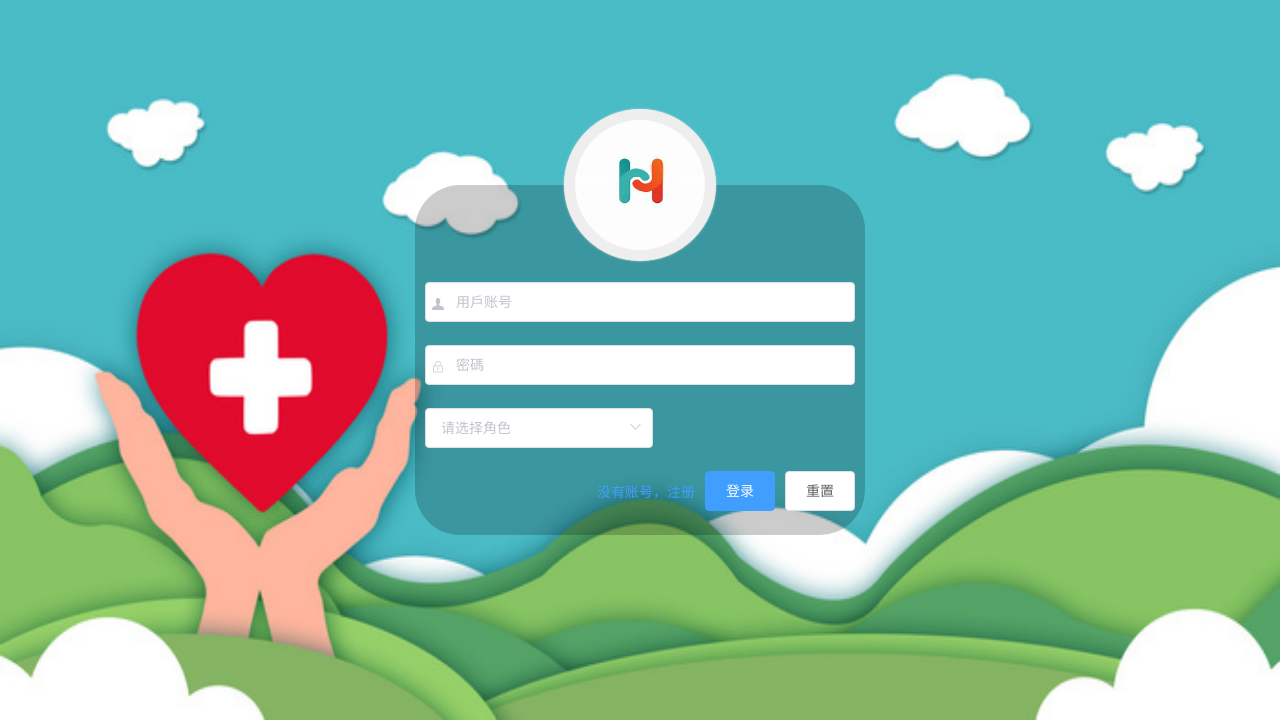
Repository: hyyBubbly/community-web-vue
Page: / (app in community/)
The author's editor kept a copy of each file at every save. The page is drawn from the files as they stood at one save, then again after the next save.
The browser window is 1280 px wide. The pictures show the whole page.
The page's requests for data from a server got no answer. The project was rebuilt for these pictures with package versions that can differ from the ones it lists, and the page was loaded fresh each time. No one was signed in, and anything a server would have sent is missing. Also part of the build but not shown: community/vue.config.js, community/src/components/Home.vue, community/src/components/Welcome.vue, community/src/components/User/UserList.vue, community/src/components/admin/WorkerList.vue, community/src/components/community/CommunityList.vue, community/src/components/healthfiles/HealthyData.vue, community/src/components/healthfiles/Healthiness.vue and 14 more.

Above is the page before, as saved 2024-01-28 13:36:16.

### community/src/main.js
import Vue from 'vue'
import App from './App.vue'
import router from './router'
import './plugins/element.js'
import './assets/css/global.css'
import md5 from 'md5.js'
//引入iconfont
import './assets/font/iconfont.css'
// 导入axios
import axios from 'axios'
import moment from "moment"
import echarts from 'echarts'
Vue.prototype.$echarts = echarts
//时间转化
Vue.prototype.$moment = moment;
// 挂载axios 到Vue的原型prototype的$http
Vue.prototype.$http = axios
// 设置请求的根路径
axios.defaults.baseURL = "http://localhost:9001"
Vue.config.productionTip = false
//md5加密
Vue.prototype.$md5 = md5;



new Vue({
  router,
  render: h => h(App)
}).$mount('#app')

### community/src/App.vue
<template>
  <div id="app">
    <router-view></router-view>
  </div>
</template>
<script>
  // export default {
  //   name: 'App',
  //   provide(){
  //     return {
  //       reload: this.reload
  //     }
  //   },
  //   data(){
  //     return {
  //       isRouterAlive: true
  //     }
  //   },
  //   methods:{
  //     reload() {
  //       this.isRouterAlive = false;
  //       this.$nextTick(function (){
  //         this.isRouterAlive = true
  //       })
  //     }
  //   }
  // }
</script>
<style>

</style>

### community/src/router/index.js
import Vue from 'vue'
import VueRouter from 'vue-router'
import Login from '../components/Login.vue'
import Home from '../components/Home.vue'
import Welcome from "../components/Welcome.vue"
import UserList from "../components/User/UserList.vue"
import WorkerList from "@/components/admin/WorkerList"
import CommunityList from "@/components/community/CommunityList"
import HealthyData from "@/components/healthfiles/HealthyData"
import Healthiness from "@/components/healthfiles/Healthiness";
import OlderInfoList from "@/components/User/OlderInfoList";
import HealthyInfo from "@/components/healthfiles/HealthyInfo";
import Knowledge from "../components/knowledge/Knowledge.vue";
import ActiveList from "@/components/active/ActiveList";
import medical from "@/components/mutualAid/medical";
import Purchasing from "@/components/mutualAid/Purchasing";
import repast from "@/components/mutualAid/repast";
import Pharmacy from "@/components/mutualAid/Pharmacy/Pharmacy";
import PharmacyInfo from "@/components/mutualAid/Pharmacy/PharmacyInfo";
import Appointment from "@/components/mutualAid/Pharmacy/Appointment";
import ShoppingMall from "@/components/mutualAid/shoppingMall";
import foodBusiness from "@/components/mutualAid/Food/foodBusiness";
import Personal from "@/components/Personal";
Vue.use(VueRouter)

const routes = [
  {
    path:"/",
    redirect:'/login',
  },
  {
    path:"/login",
    component: Login,

  },
  {
    path:"/home",
    component:Home,
    redirect: "/welcome",
    children:[
      {
        path:"/welcome",
        component: Welcome,
      },
      {
        path:"/user",
        component: UserList,
      },
      {
        path:"/worker",
        component: WorkerList,
      },
      {
        path:"/older",
        component: OlderInfoList,
      },
      {
        path:"/community",
        component: CommunityList,
      },
      {
        path:"/healthyData",
        component: HealthyData,
      },
      {
        path:"/files",
        component: Healthiness,
      },
      {
        path:"/healthyInfo",
        component: HealthyInfo,
      },
	  {
        path:"/knowledge",
        component: Knowledge,
	  },
      {
        path:"/active",
        component: ActiveList,
      },
      {
        path:"/medicine",
        component: medical,
      },
      {
        path:"/shop",
        component: Purchasing,
      },
      {
        path:"/food",
        component: repast,
      },
      {
        path:"/pharmacy",
        component: Pharmacy,
      },
      {
        path:"/pharmacyInfo",
        component: PharmacyInfo,
      },
      {
        path:"/appointment",
        component: Appointment,
      },
      {
        path:"/shoppingMall",
        component: ShoppingMall,
      },
      {
        path: "/foodBusiness",
        component: foodBusiness,
      },
      {
        path:"/personal",
        component: Personal,
      }
    ]
  },
]


const router = new VueRouter({
  routes
})

// router.beforeEach((to,from,next)=>{
//   const role = window.sessionStorage.getItem("roleId")
//   if(to.meta.isLogin){ //判断页面是否需要登录才可操作
//       if(to.meta.roles.includes(role)){//判断登录用户的权限是否满足meta对象中的roles的要求
//         next()
//       }else {
//         alert('您没有权限进入页面！')
//         this.router.push('/login')
//       }
//     }else {
//       alert('请登录之后再操作！')
//       this.router.push('/login')
//     }
// })


//出现问题时使用
const originalPush = VueRouter.prototype.push
VueRouter.prototype.push = function push(location, onResolve,onReject){
  if(onResolve || onReject) return originalPush.call(this,location,onResolve,onReject)
  return originalPush.call(this,location).catch(err => err)
}

export default router

### community/src/assets/css/global.css
/* 全局样式 */
HTML,body,#app{
	height: 100%;
	margin: 0;
	padding: 0;
}
/* 卡片区域  !important 提高样式级别*/
.el-card{
	box-shadow: 0 1px 1px rgba(0,8,10,0.15) !important;
}

/*表格样式*/
.el-table{
	margin-top: 15px;
	font-size: 12px;
	min-width: 350px;
}

### community/src/assets/font/iconfont.css
@font-face {
  font-family: "iconfont"; /* Project id 3270408 */
  src: url('iconfont.woff2?t=1652753196788') format('woff2'),
       url('iconfont.woff?t=1652753196788') format('woff'),
       url('iconfont.ttf?t=1652753196788') format('truetype');
}

.iconfont {
  font-family: "iconfont" !important;
  font-size: 16px;
  font-style: normal;
  -webkit-font-smoothing: antialiased;
  -moz-osx-font-smoothing: grayscale;
}

.icon-huoyuedu:before {
  content: "\e607";
}

.icon-xiaoqushu:before {
  content: "\e6df";
}

.icon-fangwenliang:before {
  content: "\e646";
}

.icon-duzheliuyan:before {
  content: "\e604";
}

.icon-hudongshequ:before {
  content: "\e62f";
}

.icon-huoyueshu:before {
  content: "\e702";
}

.icon-community:before {
  content: "\e61c";
}

.icon-shujujiance:before {
  content: "\e683";
}

.icon-huzhu:before {
  content: "\e778";
}

.icon-denglu:before {
  content: "\e603";
}

.icon-mima:before {
  content: "\e65c";
}

.icon-gouwuche:before {
  content: "\e600";
}

.icon-2jiankangzhishi:before {
  content: "\e622";
}

.icon-huodong:before {
  content: "\e630";
}

.icon-canyinguanli:before {
  content: "\e624";
}

.icon-huodong1:before {
  content: "\e870";
}

.icon-jiankangdanganx:before {
  content: "\e60d";
}

.icon-yiliaohuzhu:before {
  content: "\e686";
}

.icon-yonghu:before {
  content: "\e633";
}

.icon-guanliyuan:before {
  content: "\e62a";
}

.icon-guanliyuan1:before {
  content: "\e681";
}

.icon-menu_lrkh:before {
  content: "\e656";
}

.icon-shequ:before {
  content: "\e663";
}

### community/src/components/Login.vue
<template>
	<div>
		<div class="login_container">
			<!-- 登录块 -->
			<div class="login_box">
				<!-- logo头像 -->
				<div class="avatar_box">
					<img src="../assets/sportlogo.jpg" />
				</div>
				<!-- 表单区域 -->
				<el-form ref="loginFormRef" :rules="loginRules" :model="loginForm" label-width="0" class="login_form">
					<!-- 用户名 -->
					<el-form-item prop="workNo">
						<el-input v-model="loginForm.workNo" prefix-icon="iconfont icon-denglu" placeholder="用戶账号"></el-input>
					</el-form-item>
					<!-- 密码 -->
					<el-form-item prop="password">
						<el-input v-model="loginForm.password" prefix-icon="iconfont icon-mima" show-password placeholder="密碼"></el-input>
					</el-form-item>
		    <!-- 角色 -->
		    <el-form-item prop="roleId">
		      <el-select v-model="loginForm.roleId" clearable placeholder="请选择角色">
		        <el-option
		            v-for="item in options"
		            :key="item.roleId"
		            :label="item.role"
		            :value="item.roleId">
		        </el-option>
		      </el-select>
		    </el-form-item>
					<!-- 按钮 -->
					<el-form-item class="btns">
		      <el-link @click="isRegister = true" style="margin-right: 10px; color: #409EFF" :underline="false">没有账号，注册</el-link>
		      <el-button type="primary" @click="login()">登录</el-button>
			  <el-button type="infor" @click="resetLoginForm()">重置</el-button>
					</el-form-item>
				</el-form>
			</div>
		</div>
		<el-dialog
			title="注册页面"
		  :visible.sync="isRegister"
		  :with-header="false" width="50%" @close="editClosed">
			  <el-form :model="addForm" :rules="addFormRules" ref="addFormRef" label-width="100px">
			    <el-form-item label="姓名：" prop="username">
			      <el-input v-model="addForm.username" size="medium" style="width: 60%;"></el-input>
			    </el-form-item>
			    <el-form-item label="密码：" prop="password">
			      <el-input v-model="addForm.password" show-password size="medium" style="width: 60%;"></el-input>
			    </el-form-item>
			    <el-form-item label="性别：" prop="sex">
			      <el-radio v-model="addForm.sex" label="0">男</el-radio>
			      <el-radio v-model="addForm.sex" label="1">女</el-radio>
			    </el-form-item>
			    <el-form-item label="电话号码：" prop="phone" >
			      <el-input v-model="addForm.phone"  size="medium" style="width: 60%;"></el-input>
			    </el-form-item>
			    <el-form-item label="社区：" prop="communityCd">
			      <el-select v-model="addForm.communityCd" clearable filterable placeholder="请选择">
			        <el-option
			            v-for="item in communities"
			            :key="item.communityCd"
			            :label="item.communityName"
			            :value="item.communityCd">
			        </el-option>
			      </el-select>
			    </el-form-item>
			    <!-- <el-form-item label="角色：" prop="roleId">
			      <el-select v-model="addForm.roleId" clearable filterable placeholder="请选择">
			        <el-option
			            v-for="item in options"
			            :key="item.roleId"
			            :label="item.role"
			            :value="item.roleId">
			        </el-option>
			      </el-select>
			    </el-form-item> -->
			  </el-form>
			  <span slot="footer" class="dialog-footer">
			     <el-button @click="isRegister = false">取 消</el-button>
			     <el-button type="primary" @click="addUser">注 册</el-button>
			    </span>
		</el-dialog>

	</div>
</template>
<script>
	export default{
		data(){
			return{
        addForm:{},
        isAssess:"",
        isRegister:false,
				// 表单数据
				loginForm:{
          id:"",
          workName:""
				},
		    communities:[],
        options: [
          {
            roleId: '1',
            role: '管理员'
          },
          {
            roleId:'2',
            role:'医生',
          },
          {
            roleId:'3',
            role:'员工',
          },
          {
            roleId:'4',
            role:'监护人',
          },
        ],
				// 验证对象
				loginRules:{
					// 校验
          workNo:[
						{required:true,message:"请输入用户账号",trigger:'blur'},//必须向验证
						{min: 3, max: 15,message: '长度在 3 到 15 个字符',trigger:'blur'}//长度验证
						],
					password:[
						{required:true,message:"用户密码必须填写",trigger:'blur'},//必须向验证
						{min: 5, max: 12,message: '长度在 5 到 12 个字符',trigger:'blur'}
					],
          roleId:[
            {required:true,message:"请選擇角色",trigger:"blur"},
          ]
				},

				//表单校验
				addFormRules:{
				  username:[
				    {required: true,message:"请输入用户名",trigger:"blur"},
				    {min: 2,max: 12,message:"长度在 2 到 12 个字符串",trigger:"blur"},
				  ],
				  password: [
				    {required:true,message:"请输入密码",trigger:"blur"},
				    {min:6,max:24,message:"长度在 6 到 24 个字符串",trigger:"blur"}
				  ],
				  sex:[
				    {required: true,message: "请选择性别",trigger:"blur"}
				  ],
				  phone: [
				    {required: true,message: "请输入电话号码",trigger:"blur"},
				    {min: 8,max: 11,message: "长度在 8 到 11 个字符串",trigger:"blur"}
				  ],
				  communityCd: [
				    {required: true,message: "请输入地址",trigger: "blur"},
				  ],
				  roleId: [
				    {required:true,message:"请選擇角色",trigger:"blur"},
				  ]
				},
			};
		},
		created(){
			this.selectAddress();
		},
    methods:{
		addUser(){
		  this.$refs.addFormRef.validate(async valid =>{
		    if(!valid) return;
			this.addForm.roleId = "4"
		    const {data:res} = await this.$http.post("/User/insertUser",this.addForm);
		    if(res!=="success"){
		      return this.$message.error("注册失败！！！");
		    }
		    this.$message.success("注册成功！！！");
		    this.isRegister = false;
		  });

		},
			async selectAddress(){
			  const {data:res} = await this.$http.get("/User/address");
			  this.communities = res;
			},
			editClosed(){
			  this.$refs.addFormRef.resetFields();//重置信息
			},

      //重置表单内容
			resetLoginForm(){
				this.$refs.loginFormRef.resetFields();
			},
			// 登录方法
			login(){
				// 验证是否成功 成功(true) 失败(false)
				// this.$refs.loginFormRef.validate(valid =>{
				// 	console.log(valid);
				// })
				// 验证校验规则
				this.$refs.loginFormRef.validate(async valid =>{
					if(!valid) return;//验证失败
					const {data:res} = await this.$http.post("/Worker/login",this.loginForm);//访问后台
					if(res.flag === "ok"){
						this.$message.success("登录成功！！！");//信息提示
						await this.$router.push({path:"/home",query:{roleId: res.worker.roleId}});// 页面路由跳转
            window.sessionStorage.setItem("workName",res.worker.workName)
            if(res.worker.roleId === '4'){
              window.sessionStorage.setItem("phone",res.worker.workNo)
            }
            window.sessionStorage.setItem("id",res.worker.id)
			      window.sessionStorage.setItem("roleId",res.worker.roleId)
			      window.sessionStorage.setItem("isAssess",res.worker.isAssess)
					}else{
						this.$message.error("登录失败！！！");// 错误提示
					}
				})
			},
		}

	}
</script>

<style lang="less" scoped>

.dialogImg{
	background: url(../assets/register.jpg) no-repeat;
	/**添加以下css */
	height: 100%; //大小设置为100%
	width: 100%; //大小设置为100%
	//position: fixed;
	background-size: 100% 100%;
}
.login_container{
  background: url("../common/community.jpg") no-repeat;
  /**添加以下css */
  height: 100%; //大小设置为100%
  width: 100%; //大小设置为100%
  position: fixed;
  background-size: 100% 100%;
}
.login_box {
  width: 450px;
  height: 350px;
//   background-color: #fff;
  background-color:rgba(0, 0, 0, 0.2);
  border-radius: 45px;
  position: absolute;
  left: 50%;
  top: 50%;
  transform: translate(-50%,-50%);
  .avatar_box{
    width: 130px;
    height: 130px;
    border: 1px solid #eee;
    border-radius: 50%;
    padding: 10px;
    box-shadow: 0 0 2px #ddd;
    position: absolute;
    left: 50%;
    transform: translate(-50%,-50%);
    background-color: #eee;
    img{
      width: 100%;
      height: 100%;
      border-radius: 50%;
      background-color: #eee;
    }

  }
}
.btns{
  display: flex;
  justify-content: flex-end;
}
.login_form{
  position: absolute;
  bottom: 0%;
  width: 100%;
  padding: 0 10px;
  box-sizing: border-box;
}
</style>

Loaded but not shown: community/public/index.html (common file); community/src/plugins/element.js (common file)

After the next save:
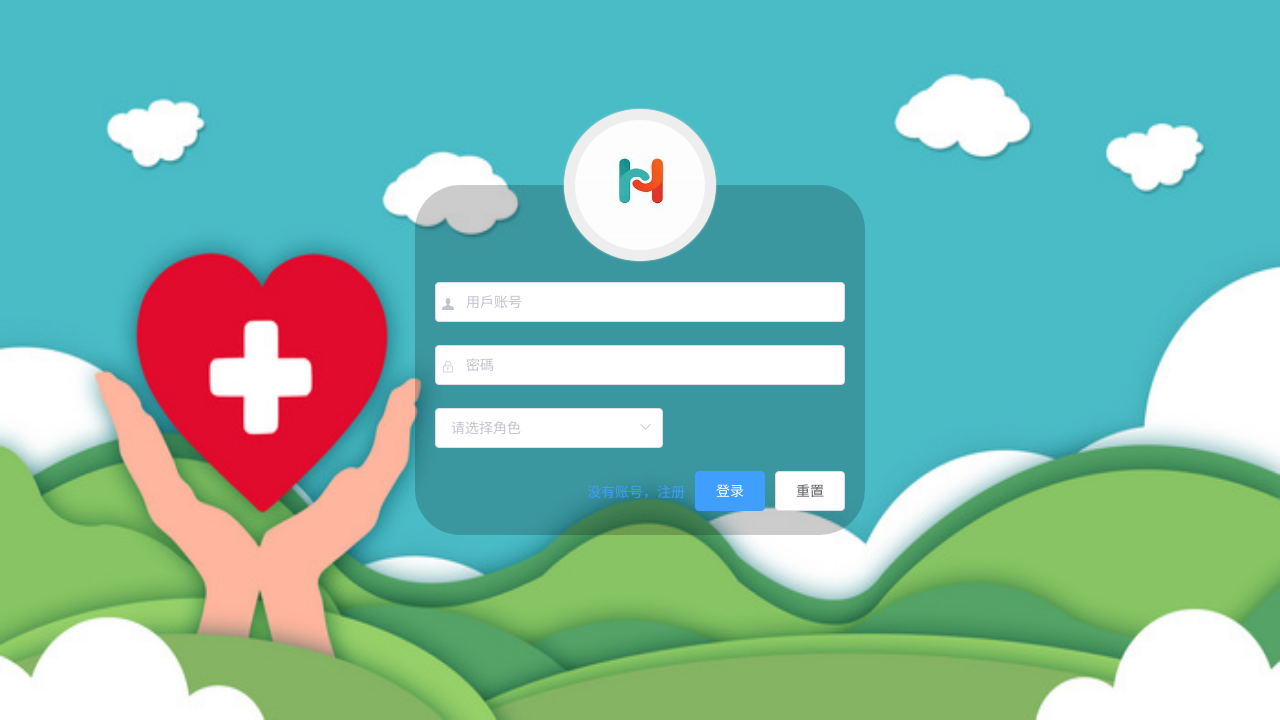
Saved 7 s later.
--- a/community/src/components/Login.vue
+++ b/community/src/components/Login.vue
@@ -272,7 +272,7 @@
   position: absolute;
   bottom: 0%;
   width: 100%;
-  padding: 0 10px;
+  padding: 0 20px;
   box-sizing: border-box;
 }
 </style>
